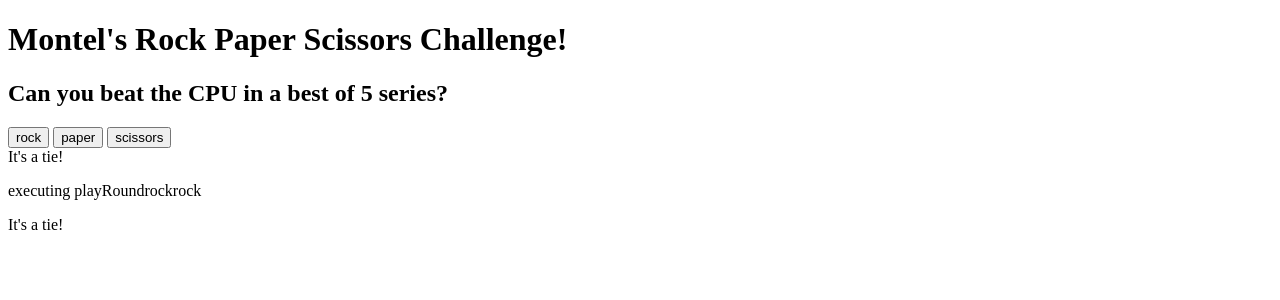
Repository: mnhardy1504/odin-recipes1
Page: repos/member-montel-rockpaperscissors/index.html
The author's editor kept a copy of each file at every save. The page is drawn from the files as they stood at one save, then again after the next save.
The browser window is 1280 px wide. The pictures show the whole page.
After loading, the first visible `button` was clicked once.

Above is the page before, as saved 2023-10-31 20:07:59.

After the next save:
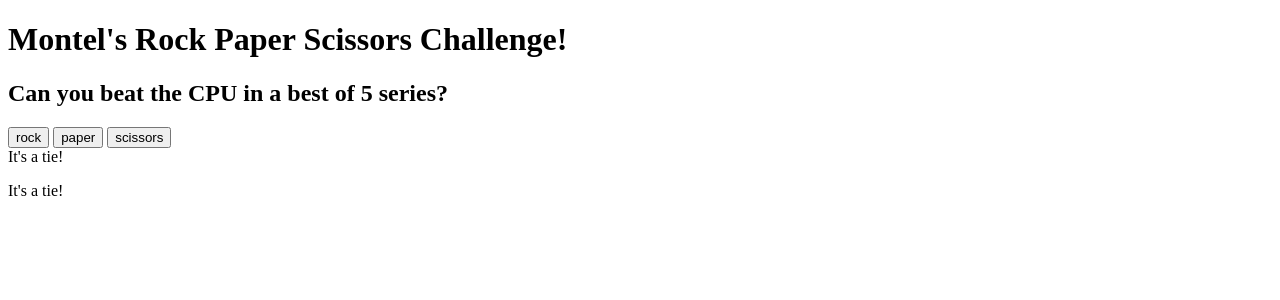
Saved 45 h 8 min later.
--- a/repos/member-montel-rockpaperscissors/index.js
+++ b/repos/member-montel-rockpaperscissors/index.js
@@ -6,7 +6,7 @@ function getComputerChoice() {
 
   function playRound(playerSelection, computerSelection) {
     playerSelection = playerSelection.toLowerCase();
-    log('executing playRound' + playerSelection + computerSelection);
+    ('executing playRound' + playerSelection + computerSelection);
   var reply = ""
     if (playerSelection === 'rock' && computerSelection === 'scissors') {
       reply = 'You Win! Rock beats Scissors';
